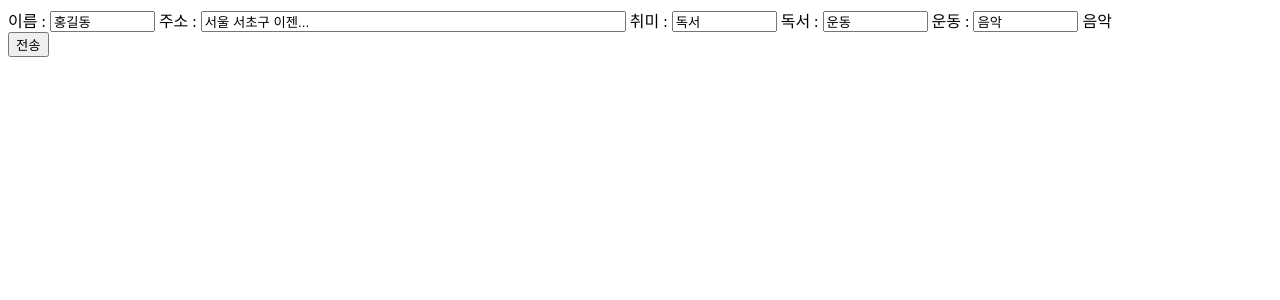
Repository: HongMW/study
Page: http://localhost/jsp01_basic/jsp02_elements/jsp08_parameters.jsp
These files come from the project's save history. The page is drawn as it stood at one moment and after the next save; the edit follows.
The browser window is 1280 px wide. The pictures show the whole page.
The page is served by Tomcat 9.

Above is the page before, as saved 2022-12-12 02:15:49.

After the next save:
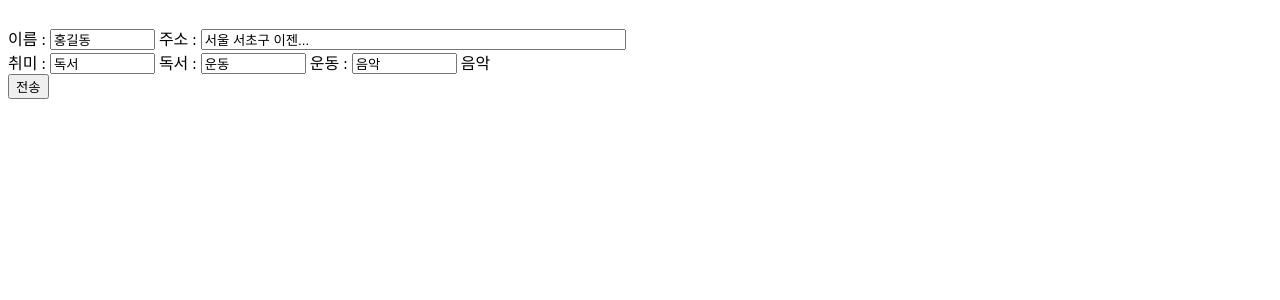
Saved 29 s later.
--- a/04.jsp/jsp01_basic/WebContent/jsp02_elements/jsp08_parameters.jsp
+++ b/04.jsp/jsp01_basic/WebContent/jsp02_elements/jsp08_parameters.jsp
@@ -6,9 +6,9 @@
 <title>Insert title here</title>
 </head>
 <body>
-	<form action="jsp09_parameters_view.jsp" method="get">
+	<form action="jsp09_parameters_view.jsp" method="get"><br>
 		이름 : <input type="text" nema ="name" size="10" value="홍길동">
-		주소 : <input type="text" nema ="addr" size="50" value="서울 서초구 이젠...">
+		주소 : <input type="text" nema ="addr" size="50" value="서울 서초구 이젠..."><br>
 		취미 : <input type="text" nema ="name" size="10" value="독서"> 독서
 		 	 : <input type="text" nema ="name" size="10" value="운동"> 운동
 			 : <input type="text" nema ="name" size="10" value="음악"> 음악<br>
